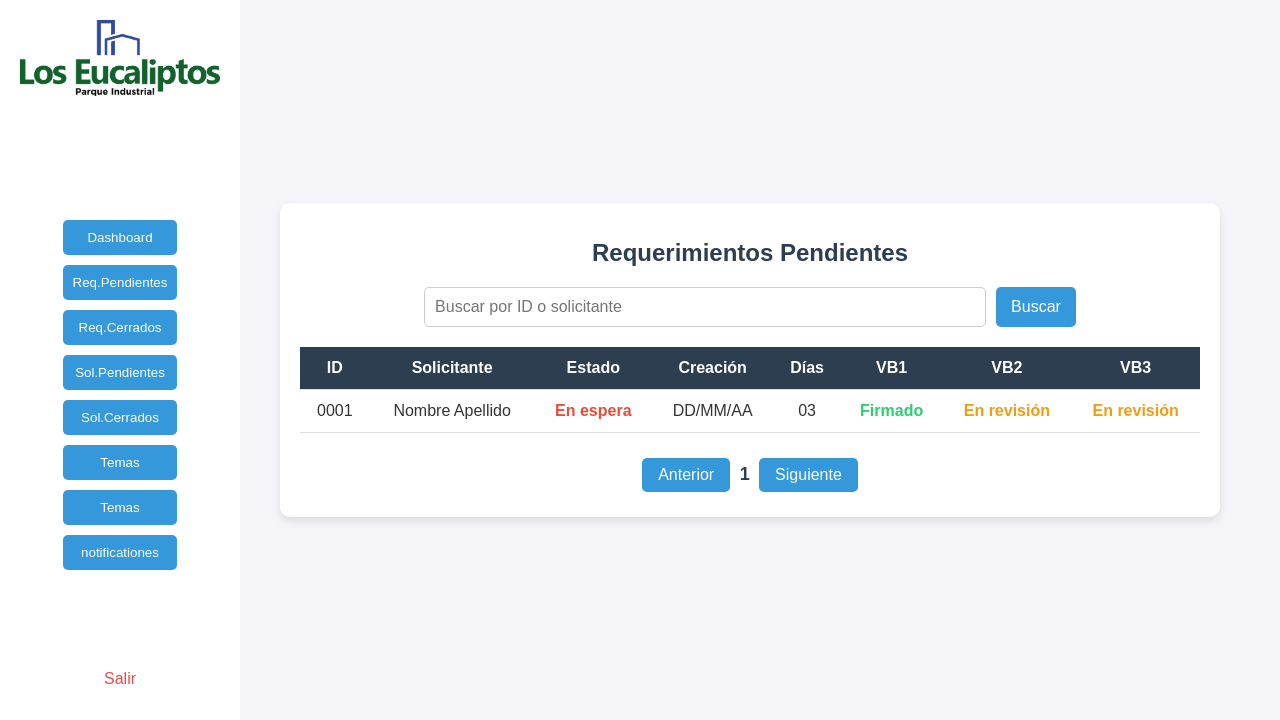
Repository: Los-Eucaliptos-WebApp/Los-Eucaliptos-FrontEnd
Page: pages/los-eucaliptos-request-pending/index.html
These files come from the project's save history. The page is drawn as it stood at one moment and after the next save; the edit follows.
The browser window is 1280 px wide. The pictures show the whole page.
The pointer rests on the first visible `.logout button`.

Above is the page before, as saved 2025-02-17 07:45:34.

### pages/los-eucaliptos-request-pending/index.html
<!DOCTYPE html>
<html lang="es">
<head>
    <meta charset="UTF-8">
    <meta name="viewport" content="width=device-width, initial-scale=1.0">
    <title>Los Eucaliptos</title>
    <link rel="icon" href="/assets/ícono-los-eucaliptos.png" type="image/png">
    <link rel="stylesheet" href="styles.css">
    <script src="script.js"></script>
</head>
<body>
    <div class="sidebar">
        <div class="logo">
            <img src="/assets/logo-los-eucaliptos.png" alt="Logo">
        </div>
        <div class="menu">
        <br><br><br><br><br>
            <button>Dashboard</button>
            <button>Req.Pendientes</button>
            <button>Req.Cerrados</button>
            <button>Sol.Pendientes</button>
            <button>Sol.Cerrados</button>
            <button>Temas</button>
            <button>Temas</button>
            <button>notificationes</button>

        </div>
        <div class="logout">
            <button id="logout">Salir</button>
        </div>
    </div>

    <div class="container">
        <h1>Requerimientos Pendientes</h1>
        <div class="search-box">
            <input type="text" id="searchInput" placeholder="Buscar por ID o solicitante">
            <button id="searchButton">Buscar</button>
        </div>
        <table>
            <thead>
                <tr>
                    <th>ID</th>
                    <th>Solicitante</th>
                    <th>Estado</th>
                    <th>Creación</th>
                    <th>Días</th>
                    <th>VB1</th>
                    <th>VB2</th>
                    <th>VB3</th>
                </tr>
            </thead>
            <tbody>
                <tr>
                    <td>0001</td>
                    <td>Nombre Apellido</td>
                    <td class="status pending">En espera</td>
                    <td>DD/MM/AA</td>
                    <td>03</td>
                    <td class="approved">Firmado</td>
                    <td class="review">En revisión</td>
                    <td class="review">En revisión</td>
                </tr>
            </tbody>
        </table>
        <div class="pagination">
            <button id="prevPage">Anterior</button>
            <span id="currentPage">1</span>
            <button id="nextPage">Siguiente</button>
        </div>
    </div>
    <script src="script.js"></script>
</body>
</html>

### pages/los-eucaliptos-request-pending/styles.css
body {|
    font-family: Arial, sans-serif;
    background-color: #f4f4f9;
    color: #333;
    margin: 0;
    padding: 0;
    display: flex;
    justify-content: center;
    align-items: center;
    height: 100vh;
}

.status.pending {
    color: #e74c3c;
    font-weight: bold;
}

.approved {
    color: #2ecc71;
    font-weight: bold;
}

.review {
    color: #f39c12;
    font-weight: bold;
}


.container {
    background: #fff;
    padding: 20px;
    border-radius: 10px;
    box-shadow: 0 4px 8px rgba(0, 0, 0, 0.1);
    width: 80%;
    max-width: 900px;
    text-align: center;
}


h1 {
    font-size: 24px;
    margin-bottom: 20px;
    color: #2c3e50;
}


.search-box {
    display: flex;
    justify-content: center;
    margin-bottom: 20px;
}

.search-box input {
    width: 60%;
    padding: 10px;
    border: 1px solid #ccc;
    border-radius: 5px;
    font-size: 16px;
}

.search-box button {
    padding: 10px 15px;
    margin-left: 10px;
    border: none;
    background-color: #3498db;
    color: white;
    border-radius: 5px;
    cursor: pointer;
    font-size: 16px;
}

.search-box button:hover {
    background-color: #2980b9;
}

table {
    width: 100%;
    border-collapse: collapse;
    margin-top: 10px;
}

thead {
    background-color: #3498db;
    color: white;
}

th, td {
    padding: 12px;
    text-align: center;
    border-bottom: 1px solid #ddd;
}

tr:nth-child(even) {
    background-color: #f2f2f2;
}

th {
    background-color: #2c3e50;
    color: white;
}


.pagination {
    margin-top: 20px;
}

.pagination button {
    background-color: #3498db;
    border: none;
    color: white;
    padding: 8px 16px;
    margin: 5px;
    border-radius: 5px;
    cursor: pointer;
    font-size: 16px;
}

.pagination button:hover {
    background-color: #2980b9;
}

.pagination span {
    font-size: 18px;
    font-weight: bold;
    color: #2c3e50;
}
body {
    display: flex;
    margin: 0;
    font-family: Arial, sans-serif;
    background-color: #f4f4f9;
}


.sidebar {
    width: 200px;
    background-color: #ffffff;
    display: flex;
    flex-direction: column;
    align-items: center;
    padding: 20px;
    height: 100vh;
    position: fixed;
    left: 0;
    top: 0;
}

.logo img {
    width: 200px;
    margin-bottom: 20px;
}

.menu {
    flex-grow: 1;
    display: flex;
    flex-direction: column;
    gap: 10px;
}

.menu button {
    background-color: #3498db;
    border: none;
    padding: 10px;
    color: white;
    border-radius: 5px;
    cursor: pointer;
    width: 100%;
}

.menu button:hover {
    background-color: #2980b9;
}


.logout {
    margin-top: auto;
}

.logout button {
    background-color: #ffffff;
    border: none;
    padding: 100px;
    color: rgb(235, 75, 75);
    border-radius: 5px;
    cursor: pointer;
    width: 100%;
    font-size:medium;
}

.logout button:hover {
    background-color: #ffffff00;
}


.container {
    margin-left: 220px;
    padding: 20px;
    width: calc(100% - 220px);
}

Loaded but not shown: pages/los-eucaliptos-request-pending/script.js (no stored copy; drawn as an empty file)

After the next save:
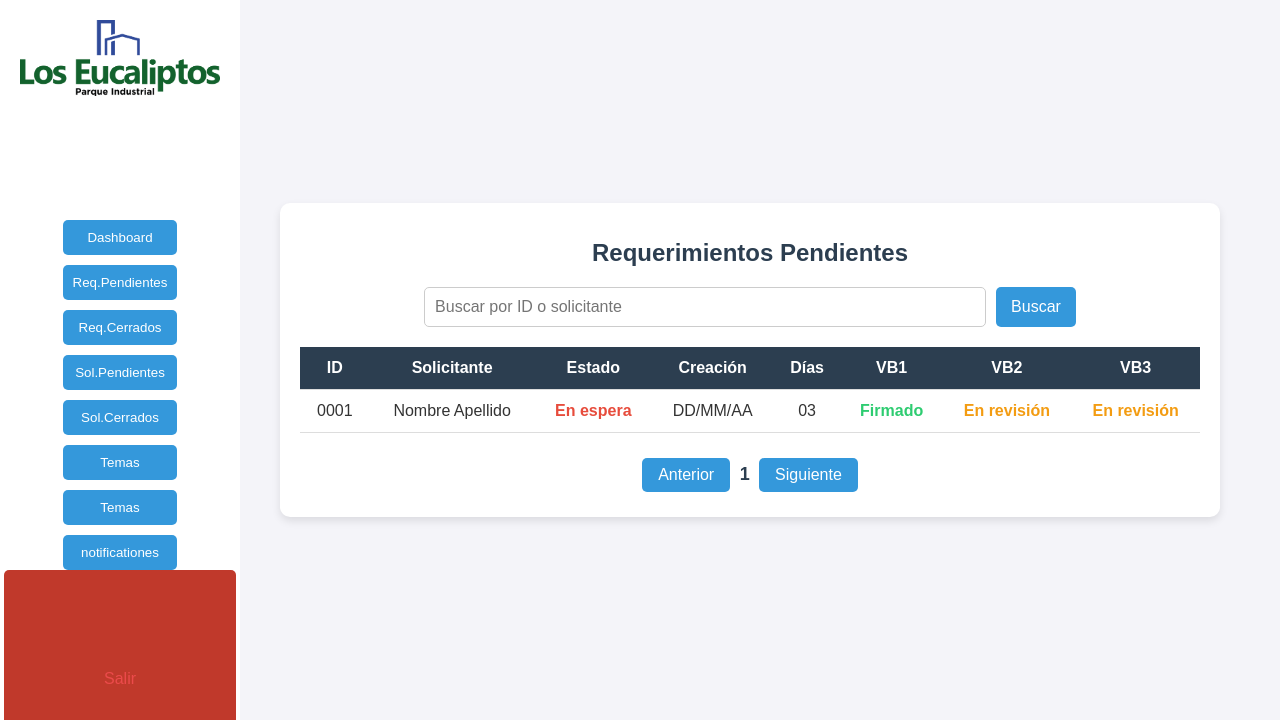
Saved 6 s later.
--- a/pages/los-eucaliptos-request-pending/styles.css
+++ b/pages/los-eucaliptos-request-pending/styles.css
@@ -188,7 +188,7 @@
 }
 
 .logout button:hover {
-    background-color: #ffffff00;
+    background-color: #c0392b;
 }
 
 

After the save that followed:
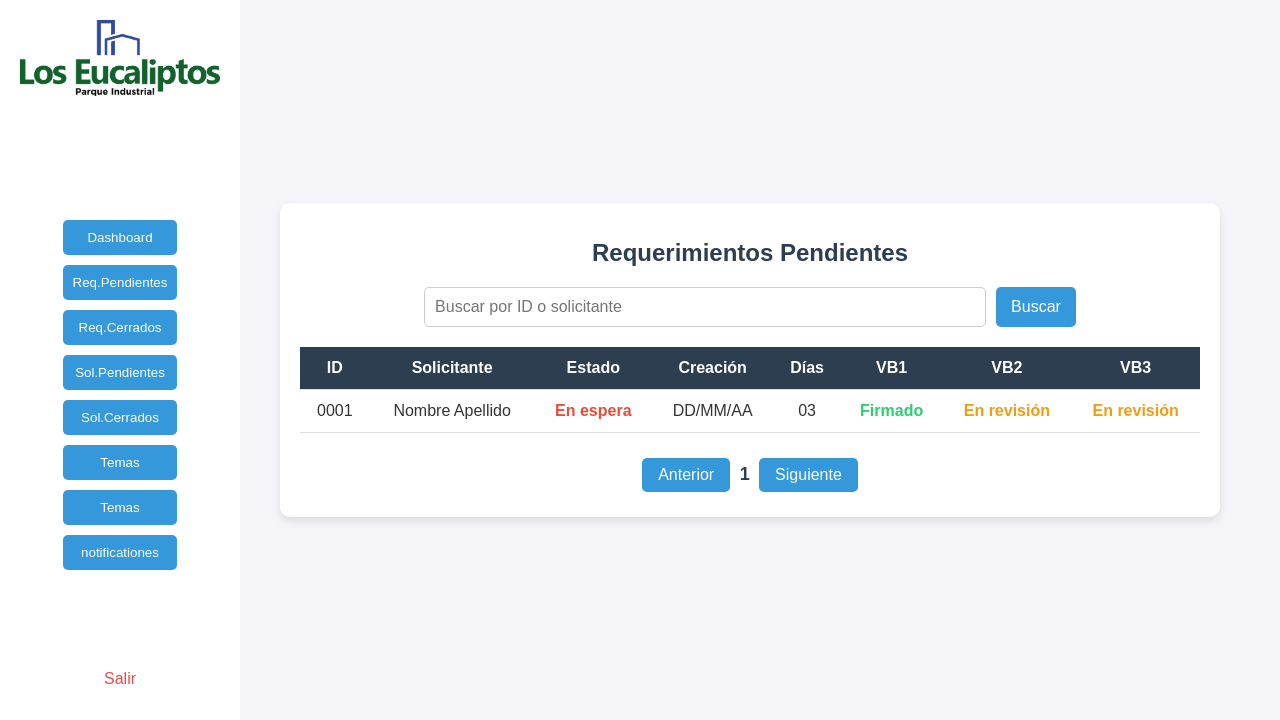
Saved 11 s later.
--- a/pages/los-eucaliptos-request-pending/styles.css
+++ b/pages/los-eucaliptos-request-pending/styles.css
@@ -188,7 +188,7 @@
 }
 
 .logout button:hover {
-    background-color: #c0392b;
+    background-color: #ffffff;
 }
 
 
